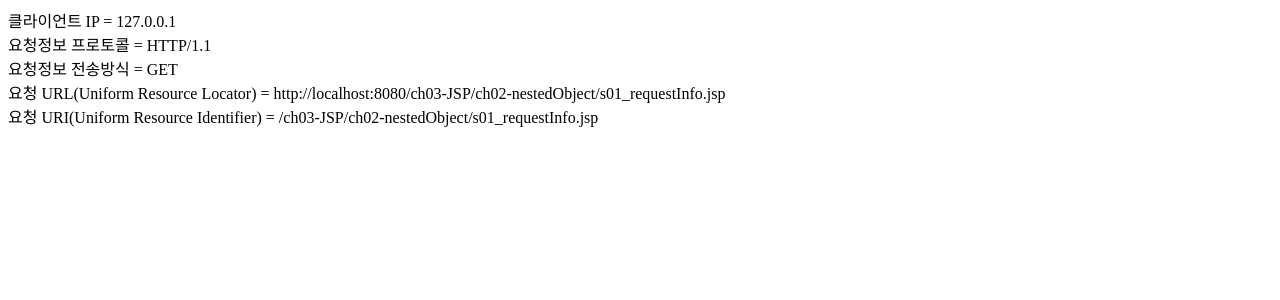
Repository: yuntaekOhO/SY_Academy_Study
Page: http://localhost/ch03-JSP/ch02-nestedObject/s01_requestInfo.jsp
The author's editor kept a copy of each file at every save. The page is drawn from the files as they stood at one save, then again after the next save.
The browser window is 1280 px wide. The pictures show the whole page.
The page is served by Tomcat 9.

Above is the page before, as saved 2022-06-24 05:29:04.

After the next save:
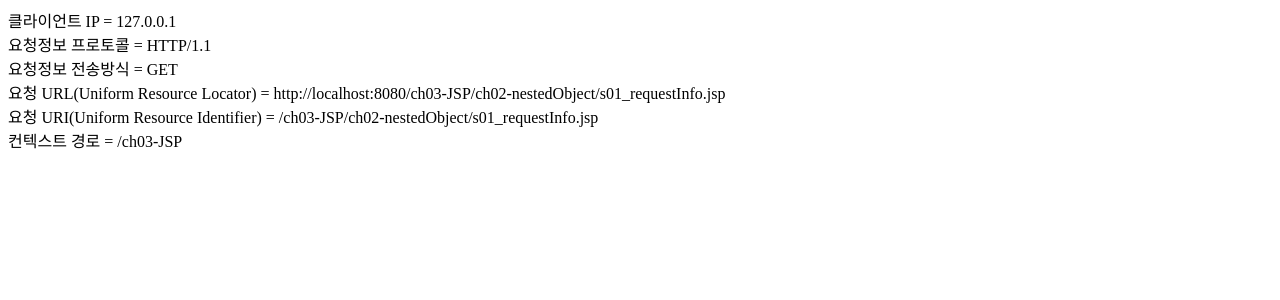
Saved 54 s later.
--- a/workspace_jsp/ch03-JSP/src/main/webapp/ch02-nestedObject/s01_requestInfo.jsp
+++ b/workspace_jsp/ch03-JSP/src/main/webapp/ch02-nestedObject/s01_requestInfo.jsp
@@ -16,5 +16,7 @@
 <!-- Context(프로젝트)명부터 현재 페이지까지의 주소, 같은 서버내에서 요청할때 사용-->
 요청 URI(Uniform Resource Identifier) = <%= request.getRequestURI() %><br>
 
+컨텍스트 경로 = <%= request.getContextPath()%> <br>
+
 </body>
 </html>
